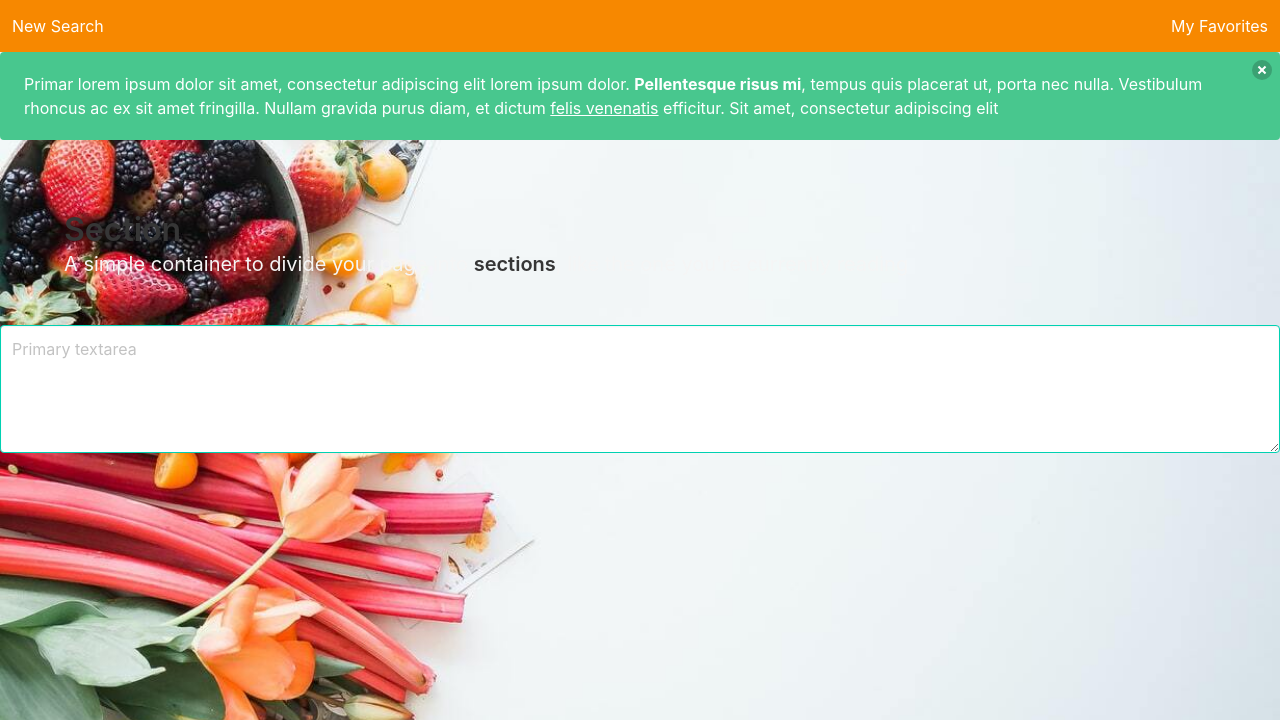
Repository: puakehaulani/the-hungry-app-proj1
Page: assets/style/Results.html
The author's editor kept a copy of each file at every save. The page is drawn from the files as they stood at one save, then again after the next save.
The browser window is 1280 px wide. The pictures show the whole page.

Above is the page before, as saved 2020-10-15 19:25:38.

### assets/style/Results.html
<!DOCTYPE html>
<html lang="en">

<head>
    <meta charset="UTF-8">
    <meta name="viewport" content="width=device-width, initial-scale=1.0">
    <title>Hungry app</title>
    <link rel="stylesheet" href="https://cdn.jsdelivr.net/npm/bulma@0.9.1/css/bulma.min.css">
    <link rel="stylesheet" href="./style.css">
    <meta name="viewport" content="width=device-width, initial-scale=1">
</head>

<body>
  <nav class="navbar" role="navigation" aria-label="main navigation">
    <div class="navbar-menu">
        <div class="navbar-item">
            <a href="index.html">New Search</a>
        </div>
    </div>

    <div class="navbar-end">
        <div class="navbar-item">
            <a href="favorites.html">My Favorites </a>
        </div>

    </div>
</nav>
      <div class="notification is-success">
        <button class="delete"></button>
        Primar lorem ipsum dolor sit amet, consectetur
        adipiscing elit lorem ipsum dolor. <strong>Pellentesque risus mi</strong>, tempus quis placerat ut, porta nec nulla. Vestibulum rhoncus ac ex sit amet fringilla. Nullam gravida purus diam, et dictum <a>felis venenatis</a> efficitur. Sit amet,
        consectetur adipiscing elit
      </div>
      <body>
        <section class="section">
          <div class="container">
            <h1 class="title">Section</h1>
            <h2 class="subtitle has-text-light">
              A simple container to divide your page into <strong>sections</strong>, like the one you're currently reading
            </h2>
          </div>
        </section>

        <div class="field">
          <div class="control">
            <textarea class="textarea is-primary" placeholder="Primary textarea"></textarea>
          </div>
        </div>
</body>

</html>

### assets/style/style.css

html{
    background-image: url(images/foodOnSIde.jpg);
    background-size: cover;
    background-repeat: no-repeat;
}

.navbar{
    background-color: #F78800;
}

.navbar-item{
    color: white;
}

.navbar-item a{
    color: white;
}

.button{
    background-color: #f78800;
    color: white;
}

#ingredientSearch{
    display: inline-block;
}

th{
    background-color: #f78800;
    color: white !important;
}

/* Elements that only exist on results html*/

#favRecipes{
    min-height: 300px;
    color: black;
    background-color: white;
    border-style: solid;
    border-width: 2px;
    border-radius: 15px;
    border-color: #F78800;
}

#favRecipes h1{
    background-color: #F78800;
    font-size: 2rem;
    color: white;
    border-radius: 10px;
}

#favJokes{
    min-height: 300px;
    color: black;
    background-color: white;
    border-style: solid;
    border-width: 2px;
    border-radius: 15px;
    border-color: #F78800;
}

#favJokes h1{
    background-color: #F78800;
    font-size: 2rem;
    color: white;
    border-radius: 10px;
}

After the next save:
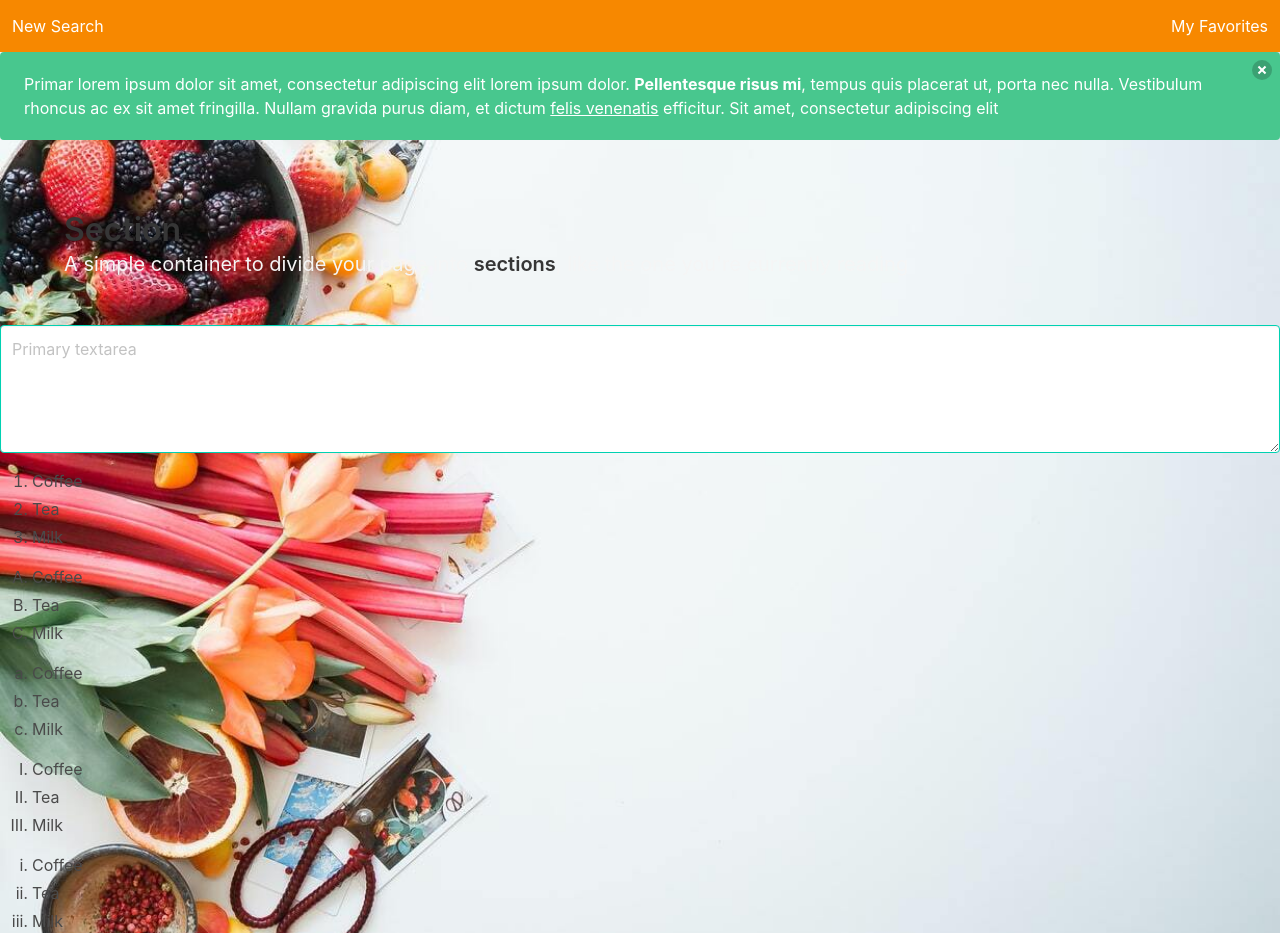
Saved 3 min 32 s later.
--- a/assets/style/Results.html
+++ b/assets/style/Results.html
@@ -46,6 +46,34 @@
             <textarea class="textarea is-primary" placeholder="Primary textarea"></textarea>
           </div>
         </div>
+
+        <div class="content">
+          <ol type="1">
+            <li>Coffee</li>
+            <li>Tea</li>
+            <li>Milk</li>
+          </ol>
+          <ol type="A">
+            <li>Coffee</li>
+            <li>Tea</li>
+            <li>Milk</li>
+          </ol>
+          <ol type="a">
+            <li>Coffee</li>
+            <li>Tea</li>
+            <li>Milk</li>
+          </ol>
+          <ol type="I">
+            <li>Coffee</li>
+            <li>Tea</li>
+            <li>Milk</li>
+          </ol>
+          <ol type="i">
+            <li>Coffee</li>
+            <li>Tea</li>
+            <li>Milk</li>
+          </ol>
+        </div>
 </body>
 
 </html>
